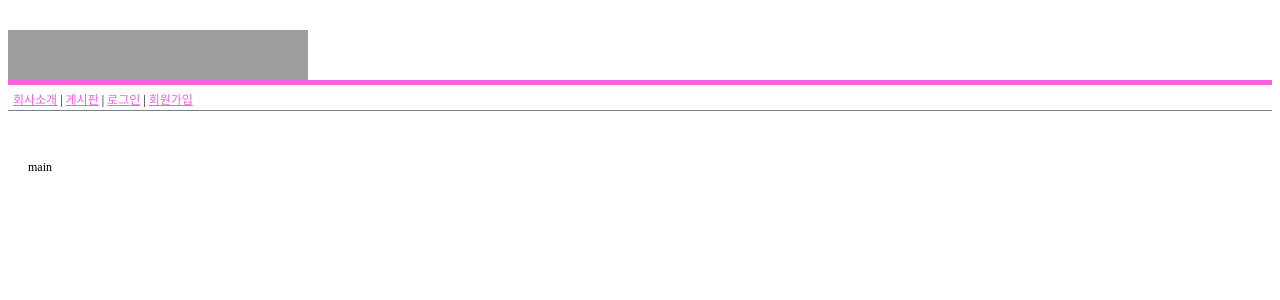
Repository: asaf0813/aisw
Page: java/이클립스/workspace/html/htmltest/WebContent/main.html
An editor plug-in stored every save of this project. The page is shown before and after the next save, followed by the edit.
The browser window is 1280 px wide. The pictures show the whole page.
Pictures or frames that could not be fetched are drawn as grey boxes.

Above is the page before, as saved 2019-10-03 05:55:32.

After the next save:
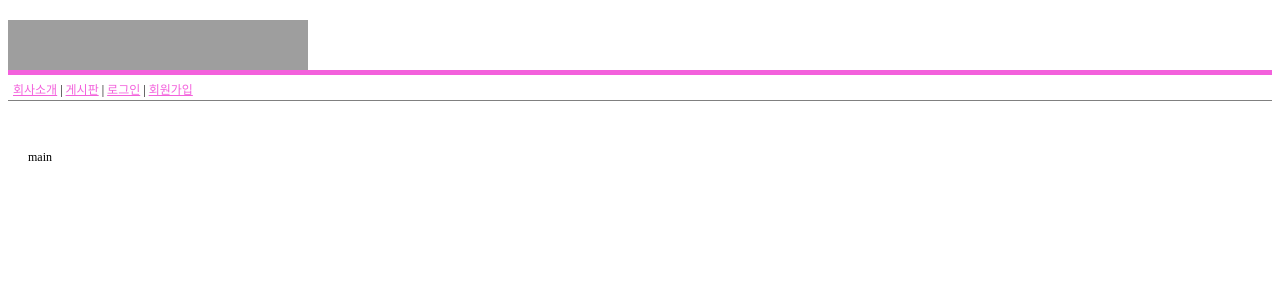
Saved 9 s later.
--- a/java/이클립스/workspace/html/htmltest/WebContent/main.html
+++ b/java/이클립스/workspace/html/htmltest/WebContent/main.html
@@ -14,7 +14,7 @@
 			<a href="./main.html">
 			<img width="300" height="50" src = "http://www.postech.ac.kr/wp-content/themes/postech/images/imgs/signature4.png", alt="" ></a>
 		</div>
-			<p style="margin-top:30px">
+			<p style="margin-top:20px">
 		<div class="topnavi_ds">
 			<div class="topnavi">
 				<a href="./intro/intro.html">회사소개</a> |	<a href="./board/list.html">게시판</a> | <a href="./member/login.html">로그인</a> | <a href="./member/join.html">회원가입</a>
